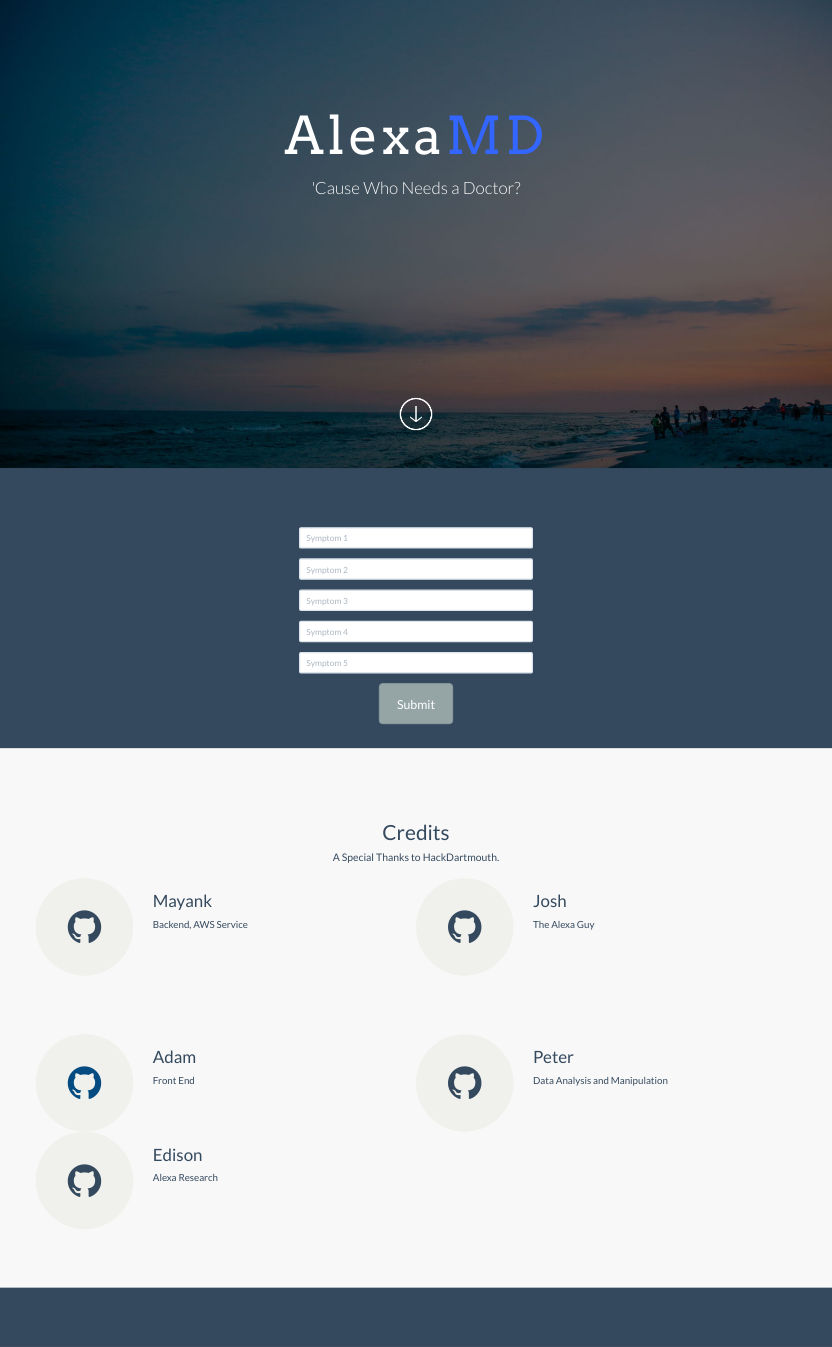
Repository: needmorecowbell/AlexaMD-site
Page: index.html
The author's editor kept a record of every edit. The page is drawn from the files as they stood at one moment, then again after the next edit.
The browser window is 1280 px wide. The pictures show the whole page, at 65% of full size.

Above is the page before.
Console error: ReferenceError: $ is not defined

After the next edit:
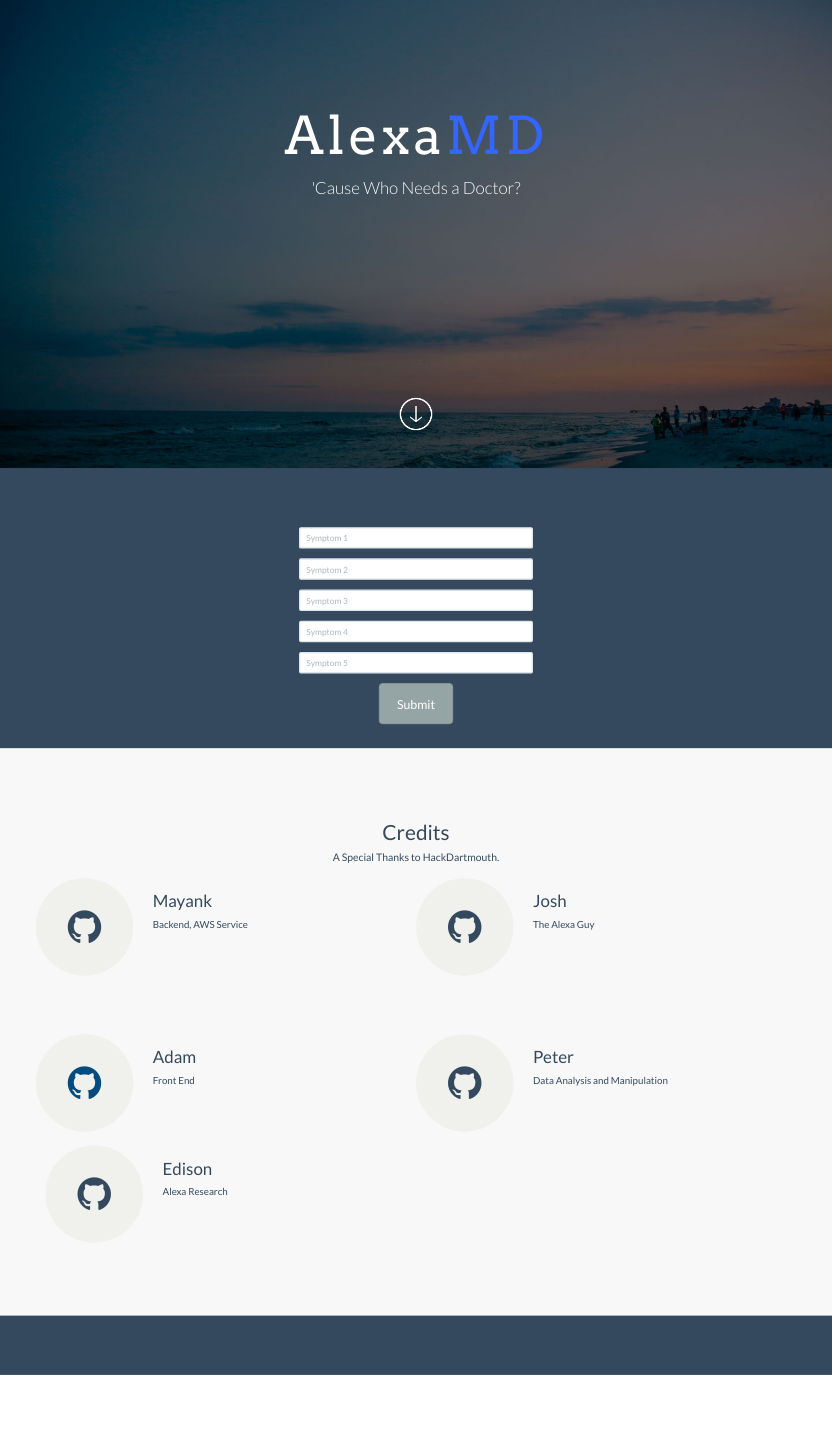
The edit:
--- a/index.html
+++ b/index.html
@@ -183,7 +183,8 @@
 					</div>
 			  </div>
 
-			  		  <div class="col-sm-6 block wow bounceIn">
+			  <div class="col-sm-6 block wow bounceIn">
+			  	<span style="padding: 300px"
 					<div class="row">
 					  <div class="col-md-4 box-icon rotate">
 						<a href="https://github.com/kig12345" target="_blank" class="fa fa-fw fa-github fa-4x"></a>
